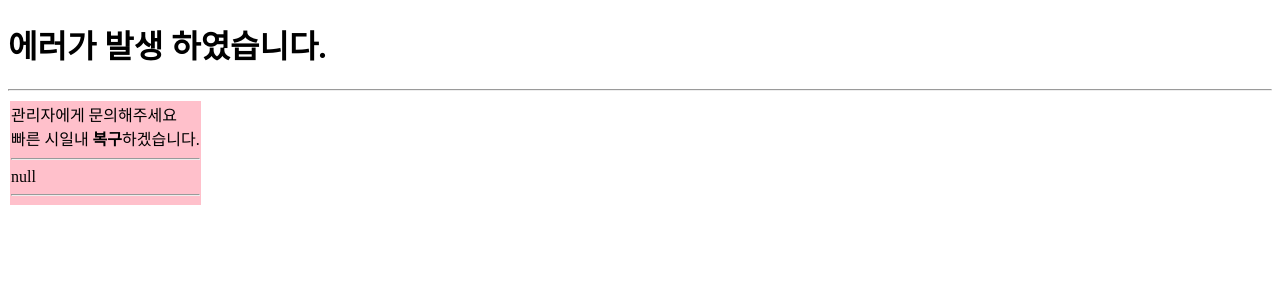
Repository: donggeonoh/My_Source
Page: http://localhost/WebProgramming/ch05/error.jsp
An editor plug-in stored every save of this project. The page is shown before and after the next save, followed by the edit.
The browser window is 1280 px wide. The pictures show the whole page.
The page is served by Tomcat 9.

Above is the page before, as saved 2016-10-06 09:50:28.

After the next save:
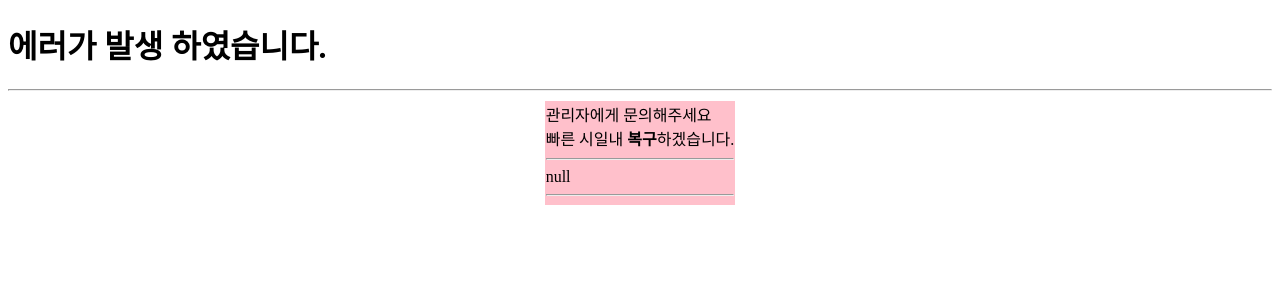
Saved 73 s later.
--- a/Web Source/WebProgramming/WebContent/ch05/error.jsp
+++ b/Web Source/WebProgramming/WebContent/ch05/error.jsp
@@ -9,7 +9,7 @@
 <body>
 	<h1>에러가 발생 하였습니다.</h1>
 	<hr>
-		<table>
+		<table align = "center">
 			<tr bgcolor = "pink">
 				<td>
 				관리자에게 문의해주세요<br>

After the save that followed:
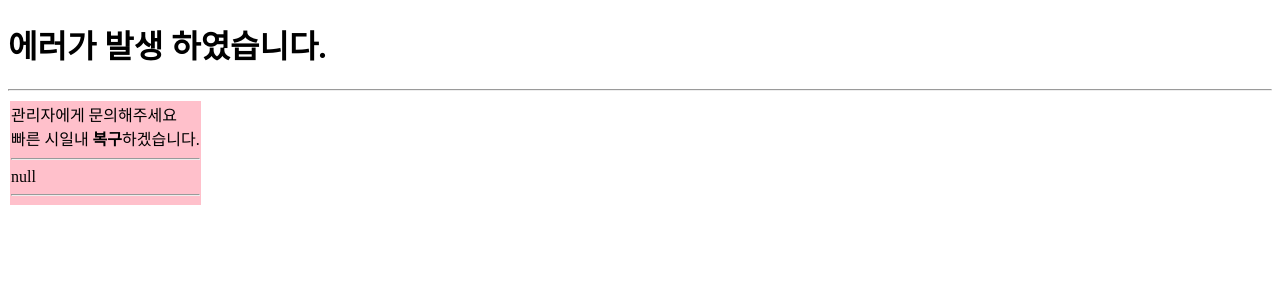
Saved 12 s later.
--- a/Web Source/WebProgramming/WebContent/ch05/error.jsp
+++ b/Web Source/WebProgramming/WebContent/ch05/error.jsp
@@ -9,7 +9,7 @@
 <body>
 	<h1>에러가 발생 하였습니다.</h1>
 	<hr>
-		<table align = "center">
+		<table align = "100px">
 			<tr bgcolor = "pink">
 				<td>
 				관리자에게 문의해주세요<br>
